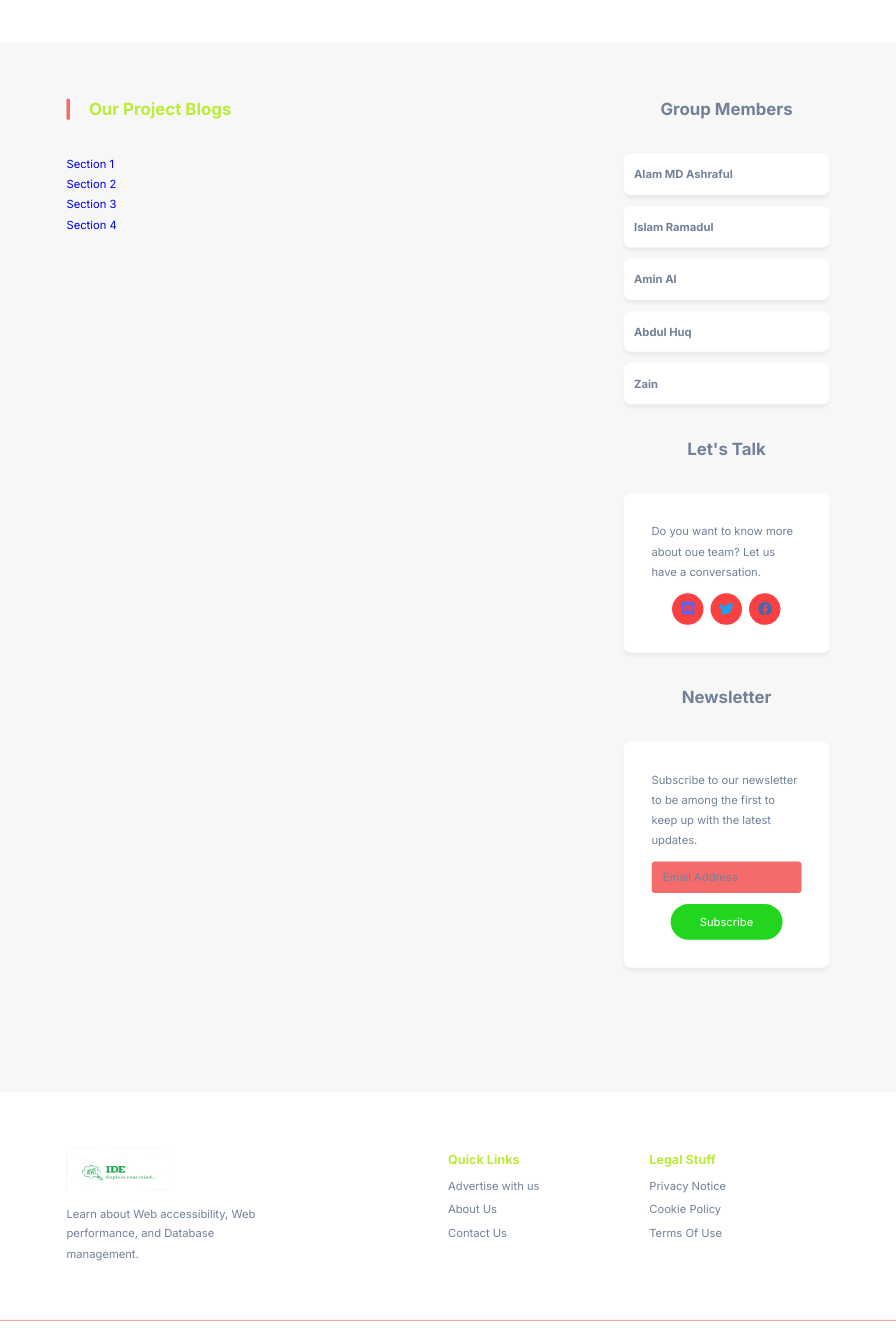
Repository: ramizraaz/zjuTeam
Page: main.html
The author's editor kept a copy of each file at every save. The page is drawn from the files as they stood at one save, then again after the next save.
The browser window is 1280 px wide. The pictures show the part of the page from y = 492 to 2392 px (the page is 2435 px tall), at 70% of full size.
A picture or video elsewhere on the page could not be fetched, so the positions and the page height are approximate.

Above is the page before, as saved 2023-10-22 20:47:52.

After the next save:
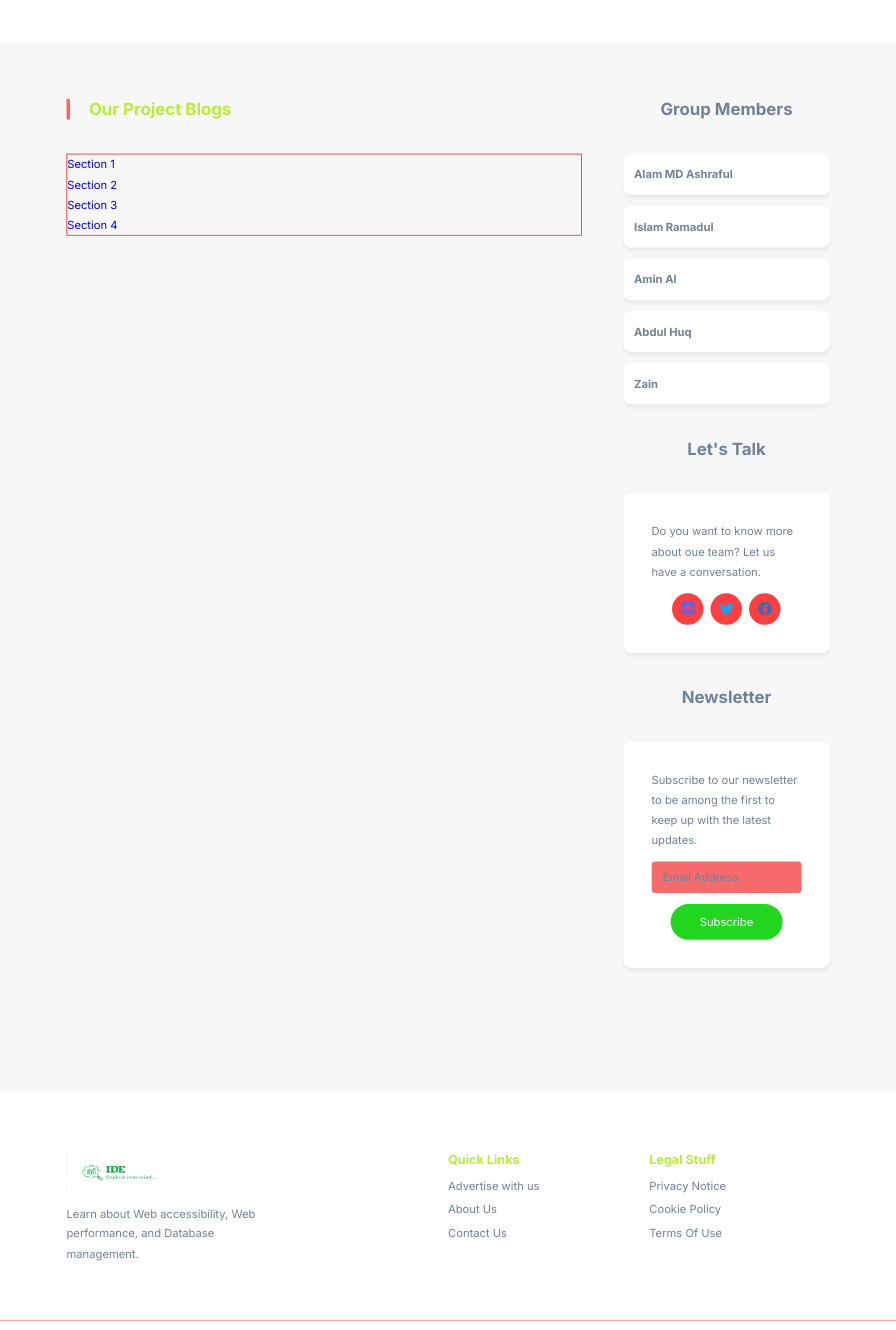
Saved 13 s later.
--- a/main.css
+++ b/main.css
@@ -370,7 +370,9 @@ header .btn-group {
     text-align: center;
 }
 
-.navigationLeft {}
+.navigationLeft {
+    border: 1px solid Red;
+}
 
 
 /* .navigationLeft ul {
